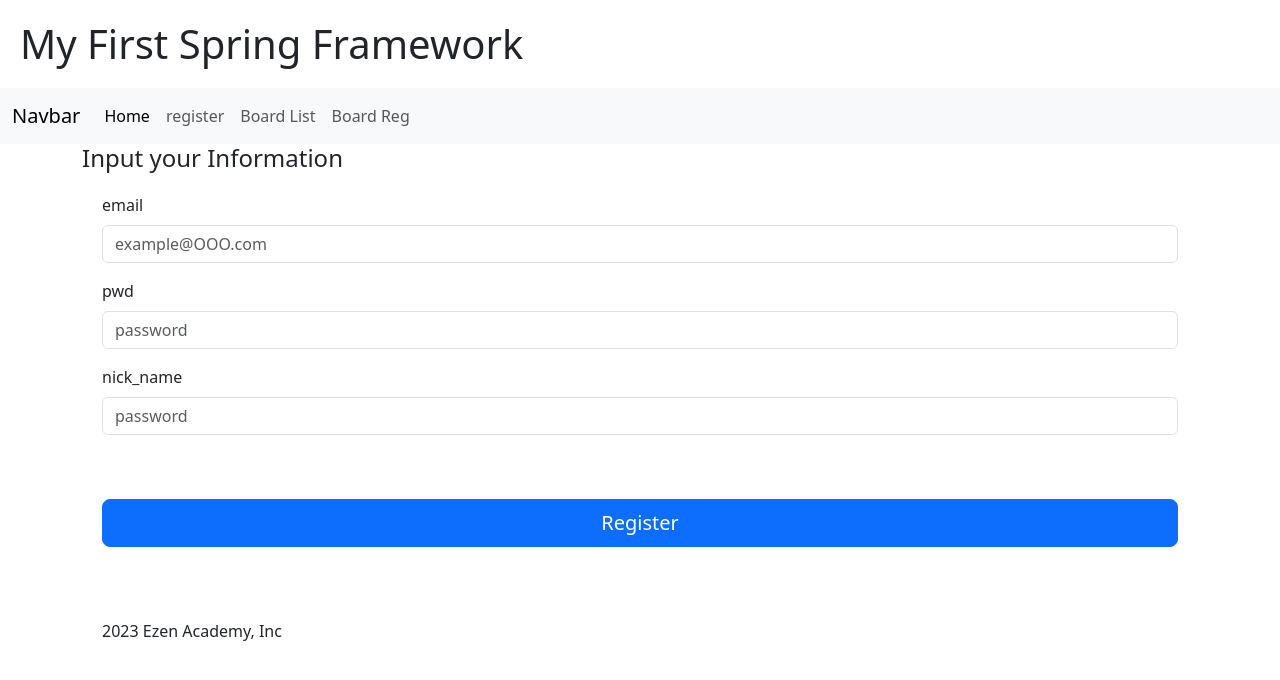
Repository: dhalfks/231101_springSecurity
Page: http://localhost/springProject/WEB-INF/views/member/register.jsp
An editor plug-in stored every save of this project. The page is shown before and after the next save, followed by the edit.
The browser window is 1280 px wide. The pictures show the whole page.
The page is served by Tomcat 9. Nobody is signed in. Other server files are loaded and not shown. The template is opened directly, without the code that normally fills it, so the values that code supplies are empty.

Above is the page before, as saved 2023-10-27 10:31:38.

### _springTest2/springProject/src/main/webapp/WEB-INF/views/member/register.jsp
<%@ page language="java" contentType="text/html; charset=UTF-8"
    pageEncoding="UTF-8"%>
<%@ taglib prefix="c" uri="http://java.sun.com/jsp/jstl/core" %>
<!DOCTYPE html>
<html>
<head>
<meta charset="UTF-8">
<title>Insert title here</title>
</head>
<body>
<jsp:include page="../common/header.jsp" />
<jsp:include page="../common/nav.jsp" />
<!-- email, pwd, nick_name -->
<div class="container">
<h4 class="mb-3">Input your Information</h4>
<form action="/member/register" method="post">
	<div class="mb-3">
	  <label for="e" class="form-label">email</label>
	  <input type="email" class="form-control" name="email" id="e" placeholder="example@OOO.com">
	</div>
	<div class="mb-3">
	  <label for="p" class="form-label">pwd</label>
	  <input type="password" class="form-control" name="pwd" id="p" placeholder="password">
	</div>
	<div class="mb-3">
	  <label for="n" class="form-label">nick_name</label>
	  <input type="text" class="form-control" name="nickName" id="n" placeholder="password">
	</div>
	<button class="w-100 btn btn-primary btn-lg my-5" type="submit">Register</button>
</form>
</div>
<jsp:include page="../common/footer.jsp" />
</body>
</html>

### _springTest2/springProject/src/main/webapp/WEB-INF/views/common/header.jsp
<%@ page language="java" contentType="text/html; charset=UTF-8"
    pageEncoding="UTF-8"%>
    <%@ taglib uri="http://java.sun.com/jsp/jstl/core" prefix="c"%>
<!DOCTYPE html>
<html>
<head>
<meta charset="UTF-8">
<title>Insert title here</title>
<link href="https://cdn.jsdelivr.net/npm/bootstrap@5.3.1/dist/css/bootstrap.min.css" rel="stylesheet" integrity="sha384-4bw+/aepP/YC94hEpVNVgiZdgIC5+VKNBQNGCHeKRQN+PtmoHDEXuppvnDJzQIu9" crossorigin="anonymous">
<script src="https://cdn.jsdelivr.net/npm/bootstrap@5.3.1/dist/js/bootstrap.bundle.min.js" integrity="sha384-HwwvtgBNo3bZJJLYd8oVXjrBZt8cqVSpeBNS5n7C8IVInixGAoxmnlMuBnhbgrkm" crossorigin="anonymous"></script>
<style type="text/css">
h1, p, h3, form{
margin: 20px;
}
</style>
</head>

<body>
<h1>My First Spring Framework</h1>

</body>
</html>

### _springTest2/springProject/src/main/webapp/WEB-INF/views/common/nav.jsp
<%@ page language="java" contentType="text/html; charset=UTF-8"
    pageEncoding="UTF-8"%>
    <%@ taglib uri="http://java.sun.com/jsp/jstl/core" prefix="c"%>
<!DOCTYPE html>
<html>
<head>
<meta charset="UTF-8">
<title>Insert title here</title>
</head>
<body>
<header>
	<nav class="navbar navbar-expand-lg bg-body-tertiary">
  <div class="container-fluid">
    <a class="navbar-brand" href="#">Navbar</a>
    <button class="navbar-toggler" type="button" data-bs-toggle="collapse" data-bs-target="#navbarSupportedContent" aria-controls="navbarSupportedContent" aria-expanded="false" aria-label="Toggle navigation">
      <span class="navbar-toggler-icon"></span>
    </button>
    <div class="collapse navbar-collapse" id="navbarSupportedContent">
      <ul class="navbar-nav me-auto mb-2 mb-lg-0">
        <li class="nav-item">
          <a class="nav-link active" aria-current="page" href="/">Home</a>
        </li>
        <li class="nav-item">
          <a class="nav-link" href="/member/register">register</a>
        </li>
        <li class="nav-item">
          <a class="nav-link" href="/board/list">Board List</a>
        </li>
        <li class="nav-item">
          <a class="nav-link" href="/board/register">Board Reg</a>
        </li>

      </ul>

    </div>
  </div>
</nav>
</header>
</body>
</html>

### _springTest2/springProject/src/main/webapp/WEB-INF/views/common/footer.jsp
<%@ page language="java" contentType="text/html; charset=UTF-8"
    pageEncoding="UTF-8"%>
    <%@ taglib uri="http://java.sun.com/jsp/jstl/core" prefix="c"%>
<!DOCTYPE html>
<html>
<head>
<meta charset="UTF-8">
<title>Insert title here</title>
</head>
<body>
<div class="container my-4">
	<p>2023 Ezen Academy, Inc</p>
</div>
</body>
</html>

After the next save:
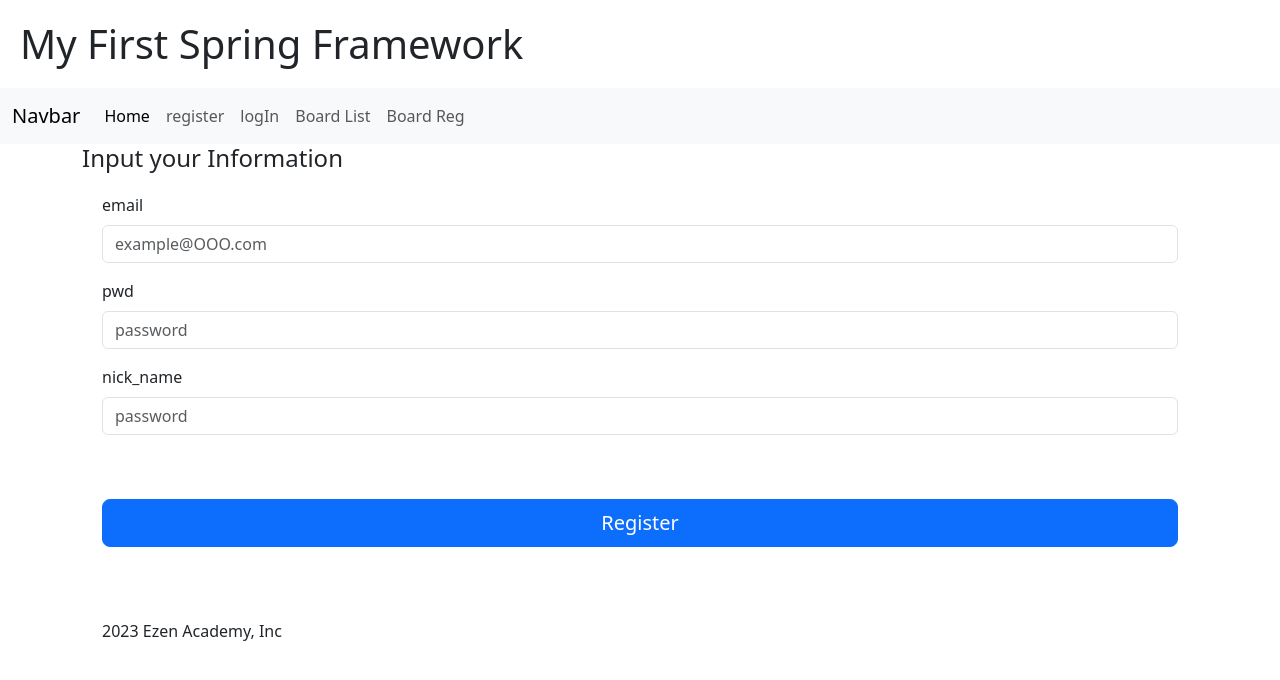
Saved 11 s later.
--- a/_springTest2/springProject/src/main/webapp/WEB-INF/views/common/nav.jsp
+++ b/_springTest2/springProject/src/main/webapp/WEB-INF/views/common/nav.jsp
@@ -24,6 +24,9 @@
           <a class="nav-link" href="/member/register">register</a>
         </li>
         <li class="nav-item">
+          <a class="nav-link" href="/member/register">logIn</a>
+        </li>
+        <li class="nav-item">
           <a class="nav-link" href="/board/list">Board List</a>
         </li>
         <li class="nav-item">
